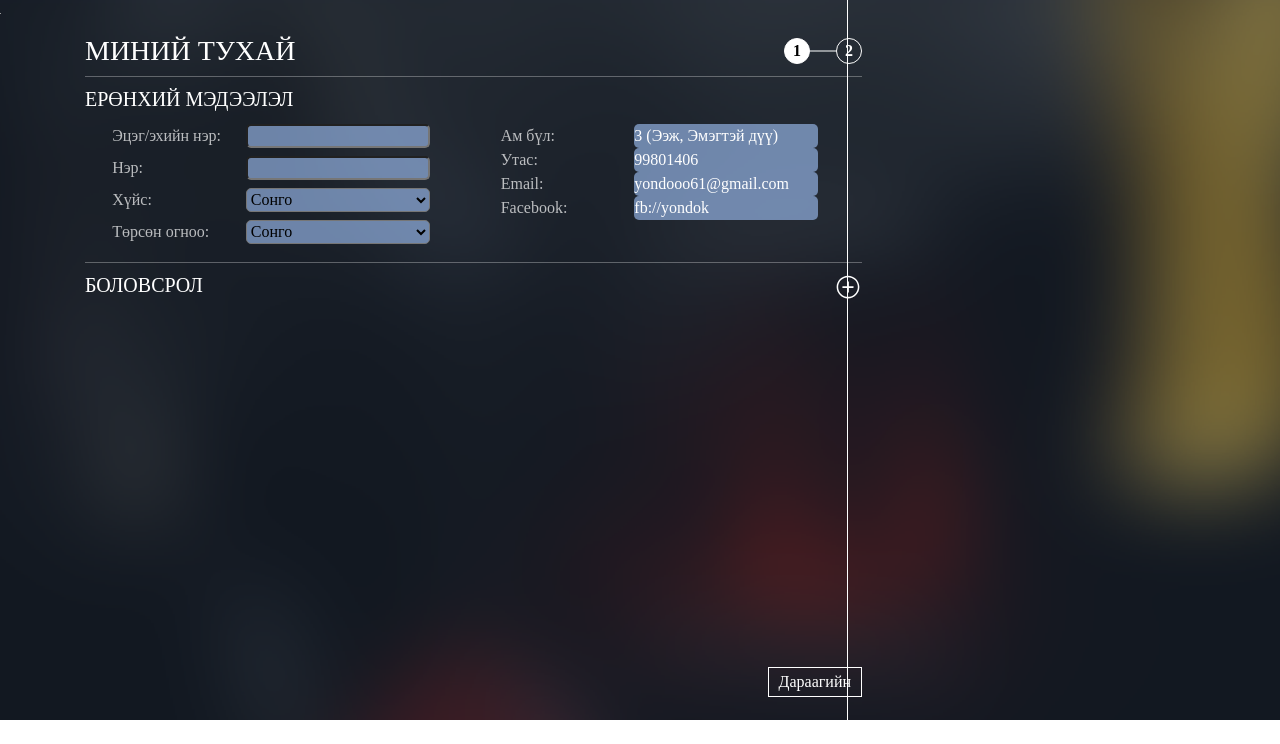
Repository: Yondo202/svProject
Page: /
These files come from the project's save history. The page is drawn as it stood at one moment and after the next save; the edit follows.
The browser window is 1280 px wide. The pictures show the whole page.
The project was rebuilt for these pictures with package versions that can differ from the ones it lists, and the page was loaded fresh each time. The framework's server and built-in components were replaced by stand-ins that run in the browser. Also part of the build but not shown: next.config.js, style/style.scss.

Above is the page before, as saved 2020-11-20 01:33:43.

After the next save:
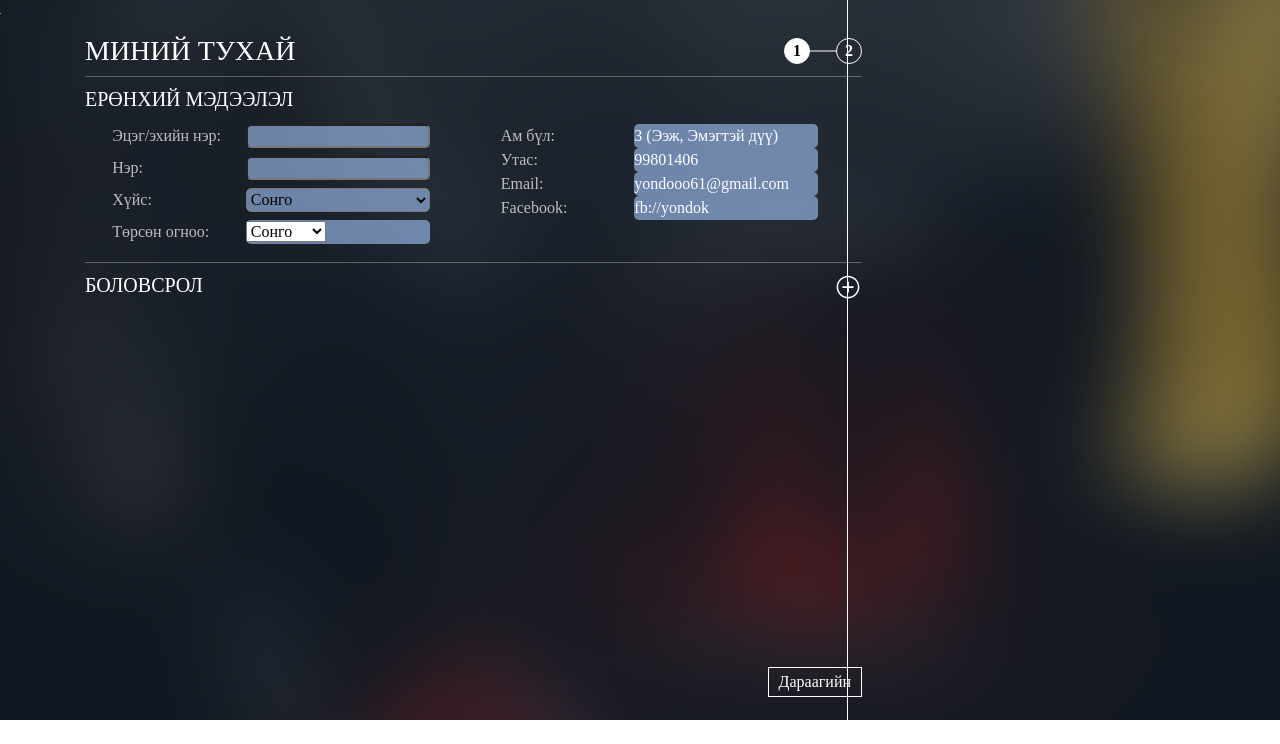
Saved 24 s later.
--- a/components/form1.js
+++ b/components/form1.js
@@ -73,11 +73,14 @@ function form1() {
                     </div>
                     <div className="main-info">
                         <label className="B">Төрсөн огноо:</label>
-                        <select className="getinput val" name="sex" placeholder="сүно">
+                        <div className="val">
+                        <select className="getinput" name="sex" placeholder="сүно">
                             <option value="" >Сонго</option>
                             <option value="man">Эрэгтэй</option>
                             <option value="women">Эмэгтэй</option>
                         </select>
+                        </div>
+
                     </div>
                 </div>
 
